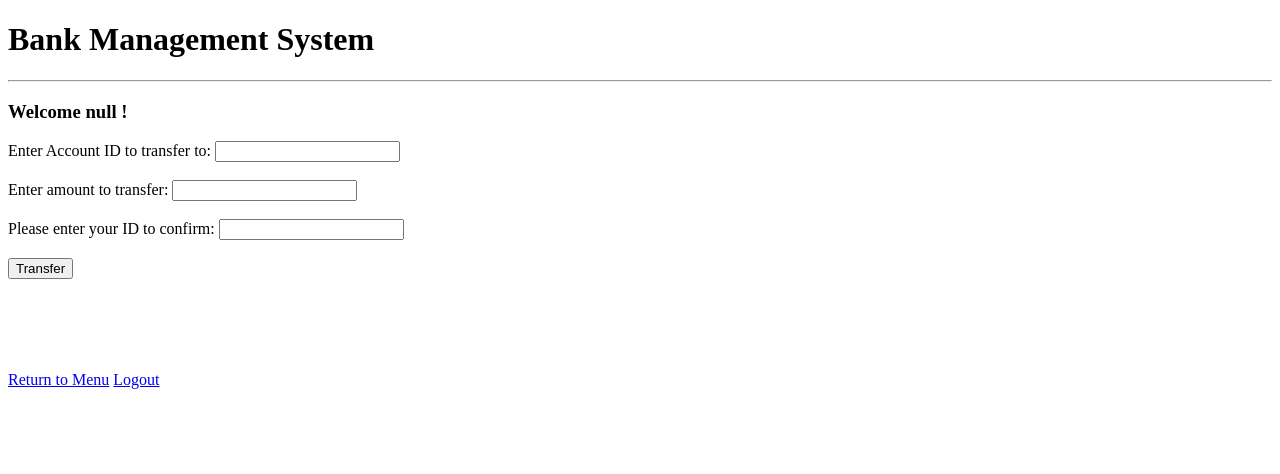
Repository: brnce/Wiley-Java-Project
Page: http://localhost/TransferFundsInputPage
The author's editor kept a copy of each file at every save. The page is drawn from the files as they stood at one save, then again after the next save.
The browser window is 1280 px wide. The pictures show the whole page.
The page is this project's Thymeleaf template; nobody is signed in. The template is opened directly, without the code that normally fills it, so the values that code supplies are empty.

Above is the page before, as saved 2022-12-02 09:55:16.

### SpringBootMVCProject/AccountSpringBootMVCProject/src/main/resources/templates/TransferFundsInputPage.html
<!DOCTYPE html>
<html xmlns:th="https://thymeleaf.org">
<head>
<meta charset="ISO-8859-1">
<title>Bank Management System</title>
</head>
<body>
<h1>Bank Management System</h1>
<hr>
<h3 th:text="'Welcome ' + ${session.customer.customerName} + ' !'"></h3>
<form action="./transferFunds">
		Enter Account ID to transfer to: <input type="text" name="transferId"><br><br>
		Enter amount to transfer: <input type="text" name="transferAmount"><br><br>
		Please enter your ID to confirm: <input type="text" name="userId"><br><br>
		<input type="submit" value="Transfer">
</form>
<br><br>
<h2 th:text="${message}" style="color: rgb(128, 0, 64)"></h2>
<br><br>
<a href="./index">Return to Menu</a>
<a href="./">Logout</a>
</body>
</html>

After the next save:
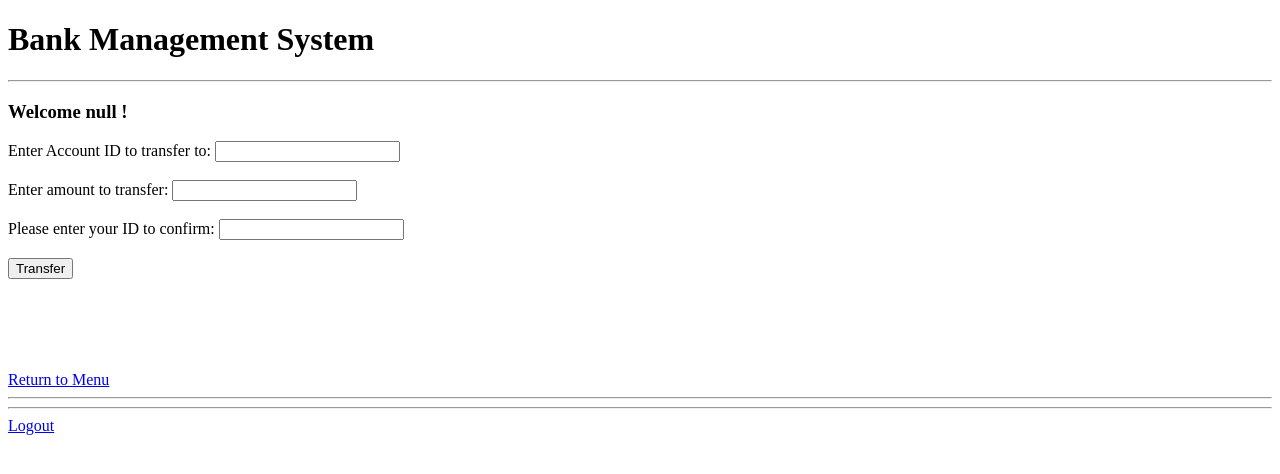
Saved 7 min 55 s later.
--- a/SpringBootMVCProject/AccountSpringBootMVCProject/src/main/resources/templates/TransferFundsInputPage.html
+++ b/SpringBootMVCProject/AccountSpringBootMVCProject/src/main/resources/templates/TransferFundsInputPage.html
@@ -2,7 +2,7 @@
 <html xmlns:th="https://thymeleaf.org">
 <head>
 <meta charset="ISO-8859-1">
-<title>Bank Management System</title>
+<title>Bank of Wiley</title>
 </head>
 <body>
 <h1>Bank Management System</h1>
@@ -17,7 +17,9 @@
 <br><br>
 <h2 th:text="${message}" style="color: rgb(128, 0, 64)"></h2>
 <br><br>
-<a href="./index">Return to Menu</a>
+<a href="./templates/index.html">Return to Menu</a>
+<hr>
+<hr>
 <a href="./">Logout</a>
 </body>
 </html>
